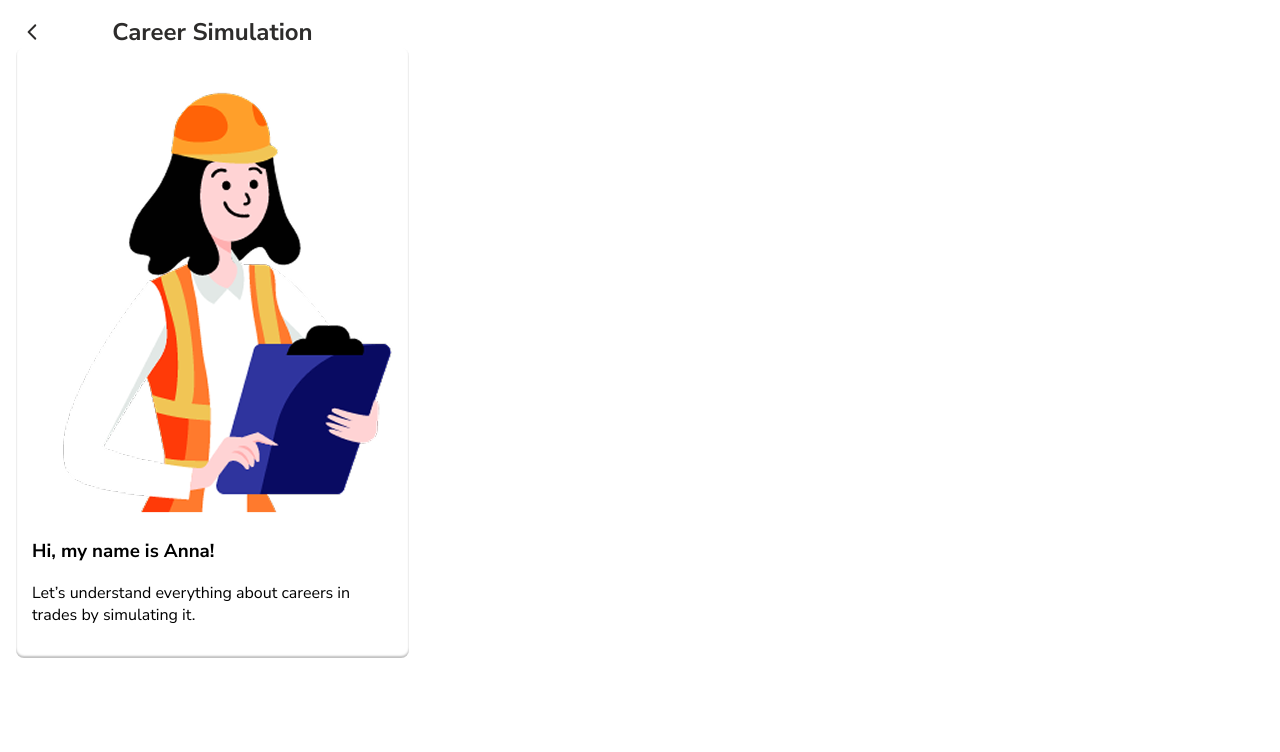
Repository: daniel-liu01/week10books
Page: /
These files come from the project's save history. The page is drawn as it stood at one moment and after the next save; the edit follows.
The browser window is 1280 px wide. The pictures show the whole page.
The project was rebuilt for these pictures with package versions that can differ from the ones it lists, and the page was loaded fresh each time. Also part of the build but not shown: vite.config.js, vite.config.ts, src/App.css.

Above is the page before, as saved 2025-10-17 17:56:49.

After the next save:
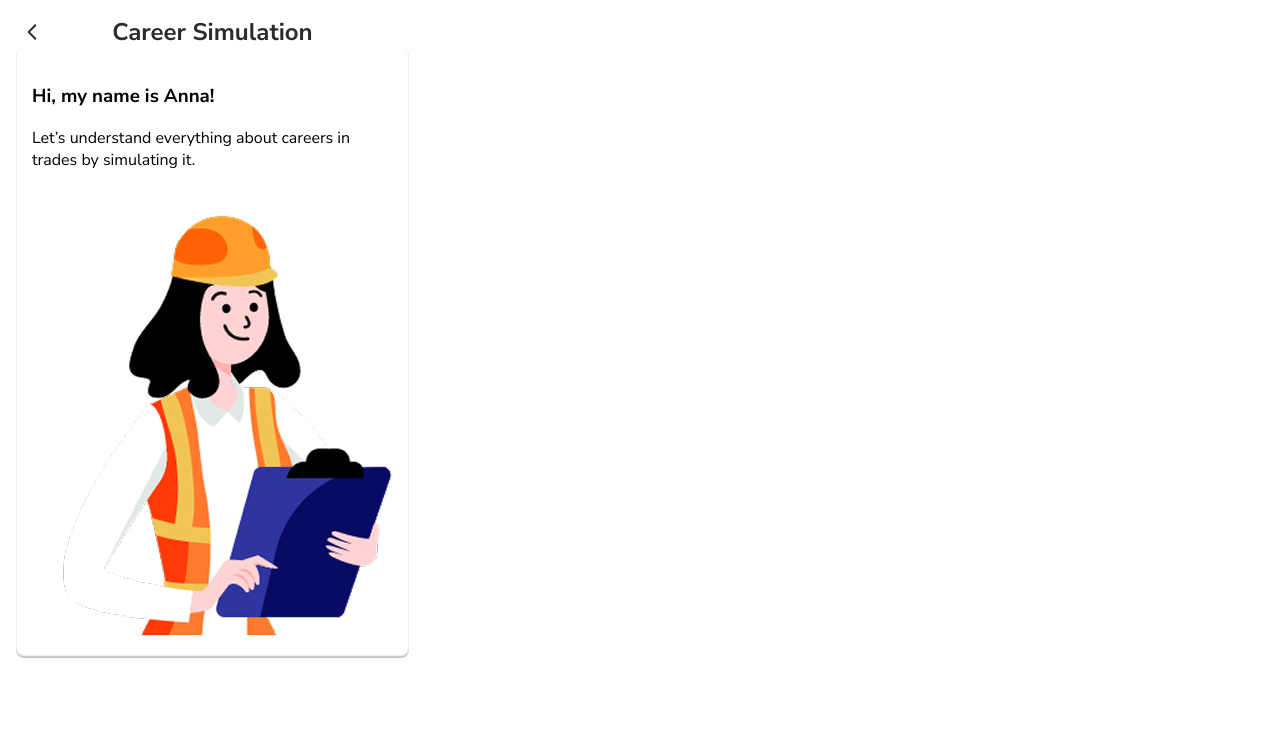
Saved 17 s later.
--- a/components/Card/Card.jsx
+++ b/components/Card/Card.jsx
@@ -3,6 +3,10 @@ import styles from "./Card.module.css";
 function Card({ image, title, description }) {
     return (
         <div className={styles.container}>
+            <div className={styles.content}>
+                <h3 className={styles.title}>{title}</h3>
+                <p className={styles.description}>{description}</p>
+            </div>
             {image && (
                 <div className={styles.image_wrapper}>
                     <img
@@ -12,11 +16,6 @@ function Card({ image, title, description }) {
                     />
                 </div>
             )}
-
-            <div className={styles.content}>
-                <h3 className={styles.title}>{title}</h3>
-                <p className={styles.description}>{description}</p>
-            </div>
         </div>
     );
 }
